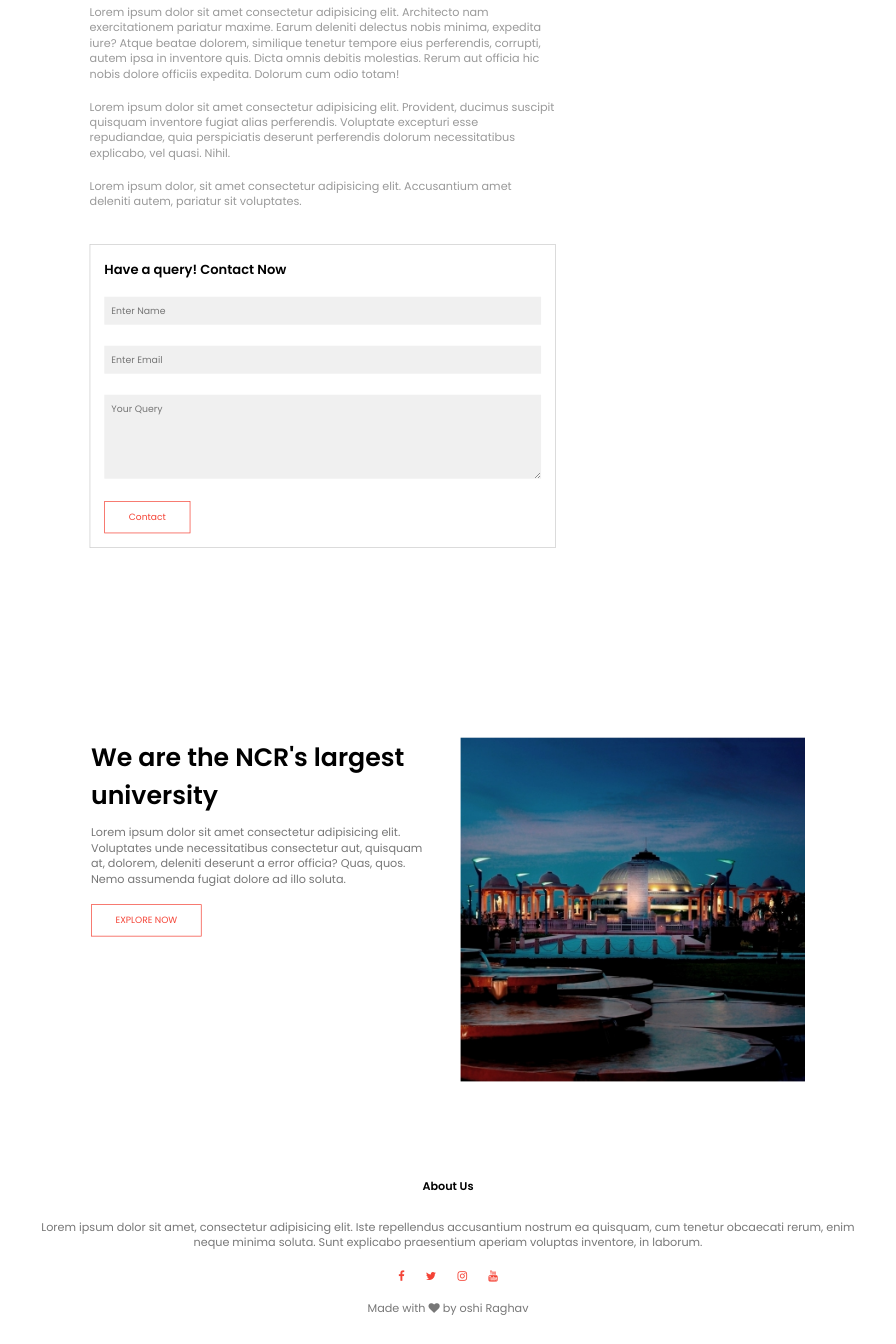
Repository: xoshiraghavx/Gbu-faculty
Page: 6th trail.html
The author's editor kept a copy of each file at every save. The page is drawn from the files as they stood at one save, then again after the next save.
The browser window is 1280 px wide. The pictures show the part of the page from y = 907 to 2827 px (the page is 2827 px tall before and 2747 px after), at 70% of full size.

Above is the page before, as saved 2023-08-12 02:15:00.

### 6th trail.html
<!DOCTYPE html>
<html lang="en">
<head>
    <meta charset="UTF-8">
    <meta http-equiv="X-UA-Compatible" content="IE=edge">
    <meta name="viewport" content="width=device-width, initial-scale=1.0">
    <title>kya hoga mera</title>
    <link rel="stylesheet" href="../css/6th trial.css">
    <link rel="preconnect" href="https://fonts.googleapis.com">
<link rel="preconnect" href="https://fonts.gstatic.com" crossorigin>
<link href="https://fonts.googleapis.com/css2?family=Poppins:wght@100;200;300;400;600;700&family=Righteous&display=swap" rel="stylesheet">
<link rel="stylesheet" href="https://stackpath.bootstrapcdn.com/font-awesome/4.7.0/css/font-awesome.min.css">
</head>
<body>
    <section class="sub-header">
        <nav>
            <a href="6th trail.html"><img src="../img/download.jpg" alt=""></a>
            <div class="nav-links" id="navLinks">
                <i class="fa fa-times" onclick="hideMenu()"></i>
                <ul>
                    <li><a href="6th trail.html">HOME</a></li>
                </ul>
            </div>
            <i class="fa fa-bars" onclick="showMenu()"></i>
        </nav>
        <h1>Our College Faculty</h1>
    </section>

    <!-- --------Blong content---------- -->
    <section class="blog-content">
        <div class="row">
            <div class="blog-left">
                <img src="../img/asb.jpg" alt="">
                <h2>Dr. Anurag Singh Baghel<span style="font-size: 16px; font-weight: lighter; color: rgb(92, 91, 91);"> (Assistant Professor And HOD)</span></h2>
                <p>Lorem ipsum dolor sit amet, consectetur adipisicing elit. Odio laudantium quasi ipsa rerum minima? Odit, tenetur itaque. Reprehenderit velit ullam labore modi optio nesciunt hic omnis aspernatur, facere eos iure!</p>
                <br>
                <p>Lorem ipsum dolor sit amet consectetur adipisicing elit. Architecto nam exercitationem pariatur maxime. Earum deleniti delectus nobis minima, expedita iure? Atque beatae dolorem, similique tenetur tempore eius perferendis, corrupti, autem ipsa in inventore quis. Dicta omnis debitis molestias. Rerum aut officia hic nobis dolore officiis expedita. Dolorum cum odio totam!</p>
                <br>
                <p>Lorem ipsum dolor sit amet consectetur adipisicing elit. Provident, ducimus suscipit quisquam inventore fugiat alias perferendis. Voluptate excepturi esse repudiandae, quia perspiciatis deserunt perferendis dolorum necessitatibus explicabo, vel quasi. Nihil.</p>
                <br>
                <p>Lorem ipsum dolor, sit amet consectetur adipisicing elit. Accusantium amet deleniti autem, pariatur sit voluptates.</p>
                <div class="comment-box">
                    <h3>Have a query! Contact Now</h3>
                    <form class="comment-form">
                        <input type="text" placeholder="Enter Name">
                        <input type="email" placeholder="Enter Email">
                        <textarea rows="5" placeholder="Your Query"></textarea>
                        <button type="submit" class="hero-btn red-btn">Contact</button>
                    </form>
                </div>
            </div>
            <div class="blog-right">
                <h3>Post Categories</h3>
                <div>
                    <span>Business Analytics</span>
                    <span>21</span>
                </div>
                <div>
                  <span>Data Science</span>
                  <span>28</span>
                </div>
                <div>
                  <span>Machine Learning</span>
                  <span>15</span>
                </div>
                <div>
                  <span>Computer Science</span>
                  <span>34</span>
                </div>
                <div>
                  <span> AutoCAD</span>
                  <span>42</span>
                </div>
                <div>
                  <span> Jounralism</span>
                  <span>22</span>
                </div>
                <div>
                  <span>Commerce</span>
                  <span>30</span>
                </div>
             </div>
        </div>
    </section>

    <!-- -------about us content---------->
    <section class="about-us">
        <div class="row">
            <div class="about-col">
                <h1>We are the NCR's largest university</h1>
                <p>Lorem ipsum dolor sit amet consectetur adipisicing elit. Voluptates unde necessitatibus consectetur aut, quisquam at, dolorem, deleniti deserunt a error officia? Quas, quos. Nemo assumenda fugiat dolore ad illo soluta.</p>
                <a href="" class="hero-btn red-btn">EXPLORE NOW</a>
            </div>
            <div class="about-col">
                <img src="../img/gbu.jpg" alt="">
            </div>
        </div>



    </section>

<!-- --------footer--------- -->
<section class="footer">
    <h4>About Us</h4>
    <p>Lorem ipsum dolor sit amet, consectetur adipisicing elit. Iste repellendus accusantium nostrum ea quisquam, cum tenetur obcaecati rerum, enim <br> neque minima soluta. Sunt explicabo praesentium aperiam voluptas inventore, in laborum.</p>
    <div class="icons">
        <i class="fa fa-facebook" aria-hidden="true"></i>
        <i class="fa fa-twitter" aria-hidden="true"></i>
        <i class="fa fa-instagram" aria-hidden="true"></i>
        <i class="fa fa-youtube" aria-hidden="true"></i>
    </div>
    <p>Made with <i class="fa fa-heart" aria-hidden="true"></i> by oshi Raghav</p>






</section>





<!-- ---------------javascript for toggle menu ----------------->
    <script>
        var navLinks = document.getElementById("navLinks");
        function showMenu(){
            navLinks.style.right = "0";
        }

        function hideMenu(){
            navLinks.style.right = "-200px";
        }

    </script>
</body>
</html>

### css/6th trial.css
*{
    margin: 0;
    padding: 0;
    font-family: 'poppins', sans-serif;
}
.header{
    min-height: 100vh;
    width: 100%;
    background: linear-gradient(rgba(4,9,30,0.7),rgba(4,9,30,0.7)),url(../img/university.png);
background-repeat: no-repeat;
    background-position: bottom;
    background-size: cover;
    position: relative;
}
nav{
    display: flex;
    padding: 2% 6%;
    justify-content: space-between;
    align-items: center;
}
nav img{
    width: 200px;
}
.nav-links{
    flex: 1;
    text-align: right;
}
.nav-links ul li{
    list-style: none;
    display: inline-block;
    padding: 8px 12px;
    position: relative;
}
.nav-links ul li a{
    color: #fff;
    text-decoration: none;
    font-size: 13px;
}
.nav-links ul li::after{
    content: '';
    width: 0%;
    height: 2px;
    background: #f44336;
    display: block;
    margin: auto;
    transition: 0.5s;
}
.nav-links ul li:hover::after{
    width: 100%;
}
.text-box{
    width: 90%;
    color: #fff;
    position: absolute;
    top: 50%;
    left: 50%;
    transform: translate(-50%,-50%);
    text-align: center;
}
.text-box h1{
    font-size: 62px;
}
.text-box p{
    margin: 10px 0 40px;
    font-size: 14px;
    color: #fff;
}
.hero-btn{
    display: inline-block;
    text-decoration: none;
    color: #fff;
    border: 1px solid #fff;
    padding: 12px 34px;
    font-size: 13px;
    background: transparent;
    position: relative;
    cursor: pointer;
}
.hero-btn{
    display: inline-block;
    text-decoration: none;
    color: #fff;
    border: 1px solid #fff;
    padding: 12px 34px;
    font-size: 13px;
    background: transparent;
    position: relative;
    cursor: pointer;
}
.hero-btn:hover{
    border: 1px solid #f44336;
    background: #f44336;
    transition: 1s;
}
nav .fa{
    display: none;
}
@media(max-width: 700px){
    .text-box h1{
        font-size: 20px;
    }
    .nav-links ul li{
        display: block;
    }
    .nav-links{
        position: fixed;
        background: #f44336;
        height: 100vh;
        width: 200px;
        top: 0;
        right: -200px;
        text-align: left;
        z-index: 2;
        transition: 1s;
    }
    nav .fa{
        display: block;
        color: #fff;
        margin: 10px;
        font-size: 22px;
        cursor: pointer;
    }
    .nav-links ul{
        padding: 30px;
    }
}
/* -------- course----- */
.course{
    width: 80%;
    margin: auto;
    text-align: center;
    padding-top: 80px;
}
h1{
    font-size: 36px;
    font-weight: 600;
}
p{
    color: #777;
    font-size: 300;
    line-height: 22px;
    padding: 10px;
}
.row{
    margin-top: 5%;
    display: flex;
    justify-content: space-between;
}
.course-col{
    flex-basis: 31%;
    background: #fff3f3;
    border-radius: 10px;
    margin-bottom: 5%;
    padding: 20px 12px;
    box-sizing: border-box;
    transition: 0.5s;
}
h3{
    text-align: center;
    font-weight: 600;
    margin: 10px 0px;
}
.course-col:hover{
    box-shadow: rgba(241, 128, 128, 0.25) 0px 54px 55px, rgba(233, 177, 177, 0.12) 0px -12px 30px, rgba(238, 209, 209, 0.12) 0px 4px 6px, rgba(230, 100, 100, 0.17) 0px 12px 13px, rgba(250, 27, 27, 0.09) 0px -3px 5px;
}
@media(max-width: 700px){
    .row{
        flex-direction: column;
    }

}
/* -------- campus------ */
.campus{
    width: 80%;
    margin: auto;
    text-align: center;
    padding-top: 50px;
}
.campus-col{
    flex-basis: 32%;
    border-radius: 10px;
    margin-bottom: 30px;
    position: relative;
    overflow: hidden;
}
.campus-col img{
    width: 100%;
    display: block;
}
.layer{
    background: transparent;
    height: 100%;
    width: 100%;
    position: absolute;
    top: 0;
    left: 0;
    transition: 0.5s;
}
.layer:hover{
    background: rgb(226, 0, 0,0.7);
}
.layer h3{
    width: 100%;
    font-weight: 500;
    color: #fff;
    font-size: 26px;
    bottom: 0;
    left: 50%;
    transform: translateX(-50%);
    position: absolute;
    opacity: 0;
    transition: 0.5s;
}
.layer:hover h3{
    bottom: 49%;
    opacity: 1;
}
/* ---------facilities-------- */
.facilities{
    width: 80%;
    margin: auto;
    text-align: center;
    padding-top: 50px;
}
.facilities-col{
    flex-basis: 31%;
    border-radius: 10px;
    text-align: left;
    margin-bottom: 5%;
}
.facilities-col img{
    width: 100%;
    border-radius: 10px;
}
.facilities-col p{
    padding: 0;
}
.facilities-col h3{
    margin-top: 16px;
    margin-bottom: 15px;
    text-align: left;
}
/* ------- testimonials------- */
.testimonials{
    width: 80%;
    padding-top: 50px;
    text-align: center;
    margin: auto;
}
.testimonial-col{
    flex-basis: 40%;
    border-radius: 10px;
    margin-bottom: 5%;
    text-align: left;
    background: #fff3f3;
    padding: 25px;
    cursor: pointer;

}
.testimonial-col img{
    height: 40px;
    margin-left: 5px;
    margin-right: 30px;
    border-radius: 50%;
}
.testimonial-col p{
    padding: 0;
}
.testimonial-col h3{
    margin-top: 15px;
    text-align: left;
}
.testimonial-col .fa{
    color: #f44336;
}
@media(max-width: 700px){
    .testimonial-col img{
        margin-left: 0px;
        margin-right: 15px;
    }
}

/* -------call to action------- */
.cta{
    margin: 100px auto;
    width: 80%;
    background: linear-gradient(rgba(0,0,0,0.7), rgba(0,0,0,0.7)),url(../img/banner2.jpg);
    background-position: center;
    background-size: cover;
    border-radius: 10px;
    text-align: center;
    padding: 100px 0;
}
.cta h1{
    color: #fff ;
    margin-bottom: 40px;
    padding: 0;
}

@media(max-width: 700px){
    .cta h1{
        font-size: 24px;
    }
}

/* ---------footer----------- */
.footer{
    width: 100%;
    text-align: center;
    padding: 30px 0;
}
.footer h4{
    margin-bottom: 25px;
    margin-top: 20px;
    font-weight: 600;
}
.icons .fa{
    color: #f44336;
    margin: 0 13px;
    cursor: pointer;
    padding: 18px 0;
}
.fa-heart-o{
    color: #f44336;
}

/* -------about us page------- */
.sub-header{
    height: 50vh;
    width: 100%;
    background-image: linear-gradient(rgba(4,9,30,0.7),rgba(4,9,30,0.7)),url(../img/scholors.jpg);
    background-position: center;
    background-size: cover;
    text-align: center;
    color: #fff;
}
/* .sub-header h1{
    margin-top: 100px;
} */
.about-us{
    width: 80%;
    margin: auto;
    padding-top: 80px;
    padding-bottom: 50px;
}
.about-col{
    flex-basis: 48%;
    padding: 30px 2px;
}
.about-col img{
    width: 100%;
}
.about-col h1{
    padding-top: 0;
}
.about-col p{
    padding: 15px 0 25px;
}
.red-btn{
    border: 1px solid #f44336;
    background: transparent;
    color: #f44336;
}
.red-btn:hover{
    color: #fff;
}

/* -------blog-content---------- */
.blog-content{
    width: 80%;
    margin: auto;
    padding: 60px 0;
}
.blog-left{
    flex-basis: 65%;
}
.blog-left img{
    width: 30%;
}
.blog-left h2{
    color: #222;
    font-weight: 600;
    margin: 30px 0;
}
.blog-left p{
    color: #999;
    padding: 0;
}
.blog-right{
    flex-basis: 32%;
}
.blog-right h3{
    background: #f44336;
    color: #fff;
    padding: 7px 0;
    font-size: 16px;
    margin-bottom: 20px;
}
.blog-right div{
    display: flex;
    align-items: center;
    justify-content: space-between;
    color: #555 ;
    padding: 8px;
    box-sizing: border-box;
}
.comment-box{
    border: 1px solid #ccc;
    margin: 50px 0;
    padding: 10px 20px;
}
.comment-box h3{
    text-align: left;
}
.comment-form input, .comment-form textarea{
    width: 100%;
    padding: 10px;
    margin: 15px 0;
    box-sizing: border-box;
    border: none;
    outline: none;
    color: #222;
    background: #f0f0f0;
}
.comment-form button{
    margin: 10px 0;
}
@media(max-width:700px){
    .sub-header h1{
        font-size: 24px;
    }
}
/* ----contact us----- */
.location{
    width: 80%;
    margin: auto;
    padding: 80px 0;
}
.location iframe{
    width: 100%;

}
.contact-us{
    width: 80%;
    margin: auto;
}
.contact-col{
    flex-basis: 48%;
    margin-bottom: 30px;
}
.contact-col div{
    display: flex;
    align-items: center;
    margin-bottom: 40px;
}
.contact-col div .fa{
    font-size: 28px;
    color: #f44336;
    margin: 10px;
    margin-right: 30px;
}
.contact-col div p{
    padding: 0;
}
.contact-col div h5{
    font-size: 20px;
    margin-bottom: 5px;
    color: #555;
    font-weight: 400;
}
.contact-col input, .contact-col textarea{
    width: 100%;
    padding: 15px;
    margin-bottom: 17px;
    outline: none;
    border: 1px solid #ccc;
    box-sizing:border-box ;
}

After the next save:
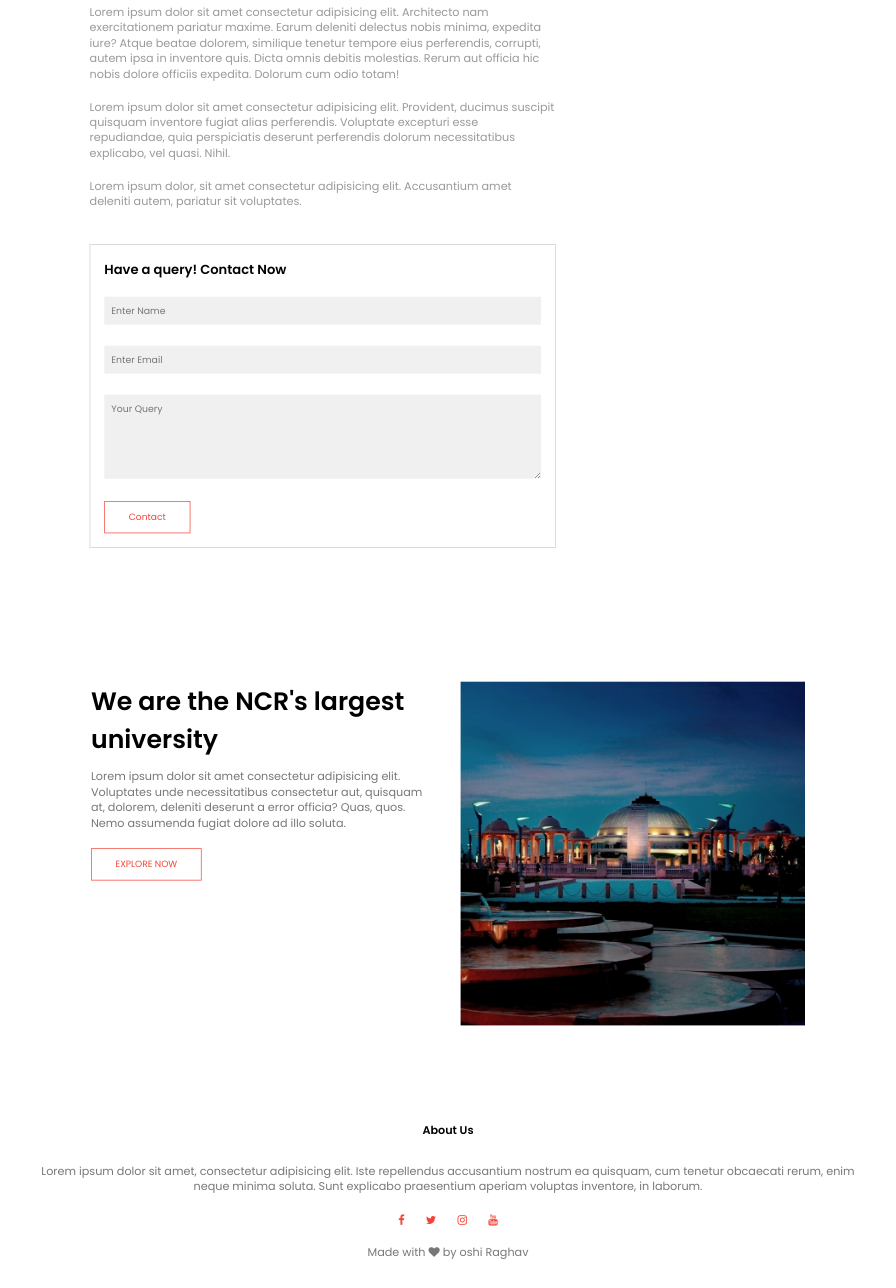
Saved 14 s later.
--- a/css/6th trial.css
+++ b/css/6th trial.css
@@ -340,7 +340,7 @@
 .about-us{
     width: 80%;
     margin: auto;
-    padding-top: 80px;
+
     padding-bottom: 50px;
 }
 .about-col{
